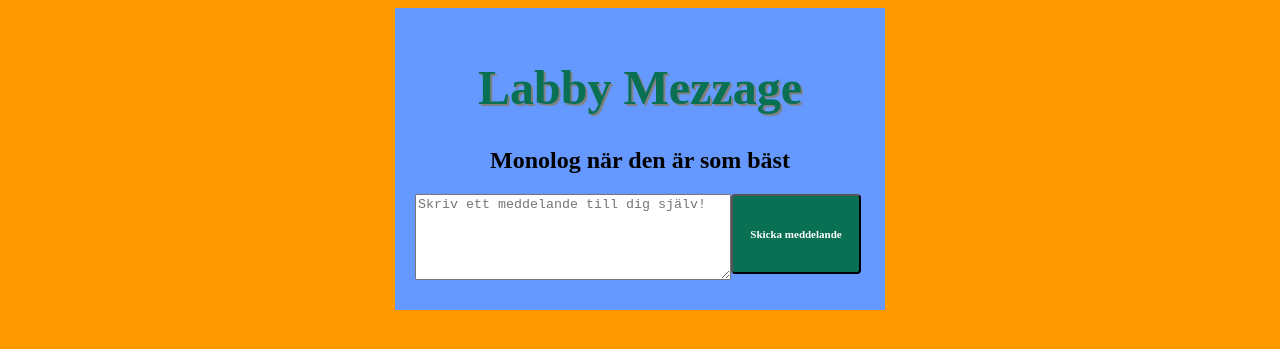
Repository: mi222ep/1dv403-laborationer
Page: 2-labbymezzage/index.html
The author's editor kept a record of every edit. The page is drawn from the files as they stood at one moment, then again after the next edit.
The browser window is 1280 px wide. The pictures show the whole page.

Above is the page before.

### 2-labbymezzage/index.html
<!DOCTYPE html>
<html lang="sv">
<head>
	<meta charset="UTF-8" />
 	<title>Labby Mezzage</title>
 	<link rel="stylesheet" href="css/style.css" type="text/css" />
    <script type="text/javascript" src="message.js"></script>
    <script type="text/javascript" src="messageboard.js"></script>
</head>
<body>
    <div id="messageApp">
    <h1>Labby Mezzage</h1>
    <h2>Monolog när den är som bäst</h2>

    <div id="messagearea"></div>

 			<textarea type="text" id="meddelande" placeholder="Skriv ett meddelande till dig själv!"></textarea>
 			<input id="send" type="submit" value="Skicka meddelande" />
            <p id="messageNumber"></p>
            </div>
</body>
</html>

### 2-labbymezzage/css/style.css
body{
    background-color: #FF9900;
    font-family: comic sans MS;
    }

h1{
     color: #097054;
     font-size: 3em;
     text-shadow: 2px 2px gray;
}
h1, h2, h3{

    text-align: center;
}
textarea{
    width: 310px;
    height: 80px;
    float: left;
}
.smallLogo{
    height: 20px;
    float: right;
}
.message{
    float: left;
    border-bottom: 2px solid black;
    padding: 20px;
    background-color: #FFDE00;
    margin: 3px;
    box-shadow: 10px 5px 5px gray;
}
#messageApp{
    min-height: 00px;
    display: block;
    width:  450px;
    margin: 0 auto;
    padding: 20px;
    background-color: #6599FF;

    }
input{
    width: 130px;
    height: 80px;
    background-color: #097054;
    color: white;
    font: bold 11px comic sans MS;
    padding: 4px;
    cursor: pointer;
    border-radius: 4px;

}
#messagearea{
    display: block;
    overflow: hidden;
}
em{
    font-size: 0.8em;
    text-align: right;
}

### 2-labbymezzage/message.js
function Message(message, date) {

    this.getText = function() {
        return message;
    };
    this.setText = function(_text) {
        message = _text;
    };
    this.getDate = function() {
        return date;
    };
    this.setDate = function(_date) {
        date = _date;
    };
}

    Message.prototype.toString = function(){
        return this.getText()+"("+this.getDate()+")";
    };
Message.prototype.getHTMLText = function(){
    return this.getText().replace(/[\n\r]/g, "<br/>");
};

Message.prototype.getDateText = function(){
    return this.getDate().toLocaleTimeString();
};

### 2-labbymezzage/messageboard.js
var messageApp ={

    messages: [],

init: function(){

    //If submit button is clicked
    var submit = document.getElementById("send");
    submit.onclick = messageApp.CreateMessage;

},
CreateMessage: function(e){
    var text = document.getElementById("meddelande").value;
    var mess = new Message(text, new Date());
    messageApp.messages.push(mess);
    messageApp.RenderMessages();

},
RenderMessages: function(){
    //Remove all messages
    document.getElementById("messagearea").innerHTML = "";

            //Render all messages
    for(var i=0; i < messageApp.messages.length; ++i){
        messageApp.RenderMessage(i);
    }
},
RenderMessage: function(messageID){
    //Writes message counter
    var messageCount = document.querySelector("#messageNumber");
    messageCount.innerHTML = "Antal meddelanden:" +(messageApp.messages.length);

    //Writes new message
    var message = messageApp.messages[messageID].getHTMLText();
    var time = messageApp.messages[messageID].getDateText();
    var div = document.createElement("div");
    var em = document.createElement("em");
    var p = document.createElement("p");
    var removeLink = document.createElement("a");
    var showTimeLink = document.createElement("a");
    var remove = document.createElement("img");
    var showTime = document.createElement("img");

    //Sets attribute for delete image
    remove.setAttribute("src", "pics/delete.png");
    remove.setAttribute("height", "30");
    remove.setAttribute("width", "30");
    remove.setAttribute("class", "smallLogo");
    remove.setAttribute("alt", "Papperskorg - tryck här för att radera meddelandet");

    //Sets attribute for time image
    showTime.setAttribute("src", "pics/time.png");
    showTime.setAttribute("height", "30");
    showTime.setAttribute("width", "30");
    showTime.setAttribute("class", "smallLogo");
    showTime.setAttribute("alt", "Klocka - tryck här för att se tid och datum då meddelandet skapades");

    //Sets attribute for links surrounding the images
    removeLink.setAttribute("href", "#");
    showTimeLink.setAttribute("href", "#");
    removeLink.onclick = function() {
        messageApp.RemoveMessage(messageID);
    }
    showTime.onclick = function() {
        messageApp.ShowTime(messageID);
    }

    //Organize message elements within each other
    removeLink.appendChild(remove);
    showTimeLink.appendChild(showTime);
    div.appendChild(removeLink);
    div.appendChild(showTimeLink);
    div.appendChild(em);
    div.appendChild(p);

    //Posts current message and time in the element
    p.innerHTML = message;
    em.innerHTML = time;

    //Find the #messagearea and put the new div there
    var di = document.querySelector("#messagearea");
    di.appendChild(div);
},
ShowTime: function(messageID){
    var timeObject = messageApp.messages[messageID].getDate();
    var day = timeObject.toLocaleDateString();
    var time = timeObject.toLocaleTimeString();
    alert("inlägget skapades "+ day+ " klockan " + time);

},
//Array.splice(messageID, 1);
RemoveMessage: function(messageID){
    messageApp.messages.splice(messageID, 1);
    messageApp.RenderMessages();
    },

};




window.onload = messageApp.init;

After the next edit:
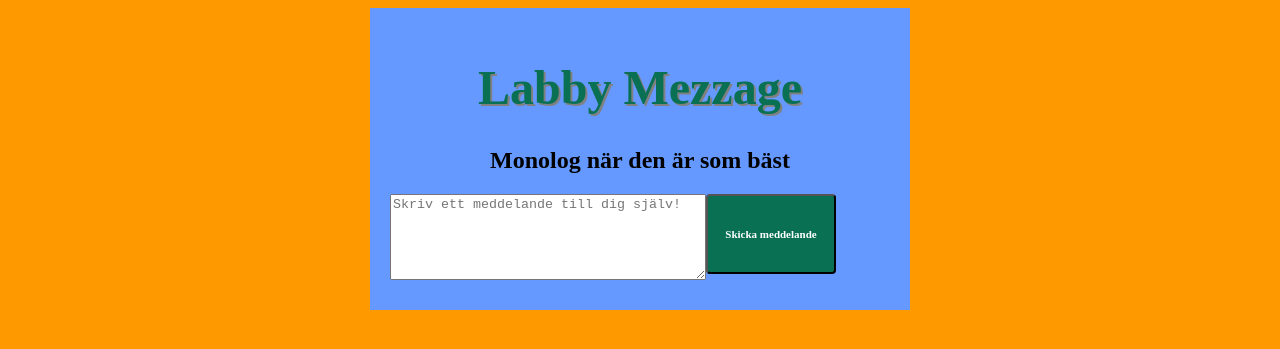
The edit:
--- a/2-labbymezzage/css/style.css
+++ b/2-labbymezzage/css/style.css
@@ -32,7 +32,7 @@
 #messageApp{
     min-height: 00px;
     display: block;
-    width:  450px;
+    width:  500px;
     margin: 0 auto;
     padding: 20px;
     background-color: #6599FF;
